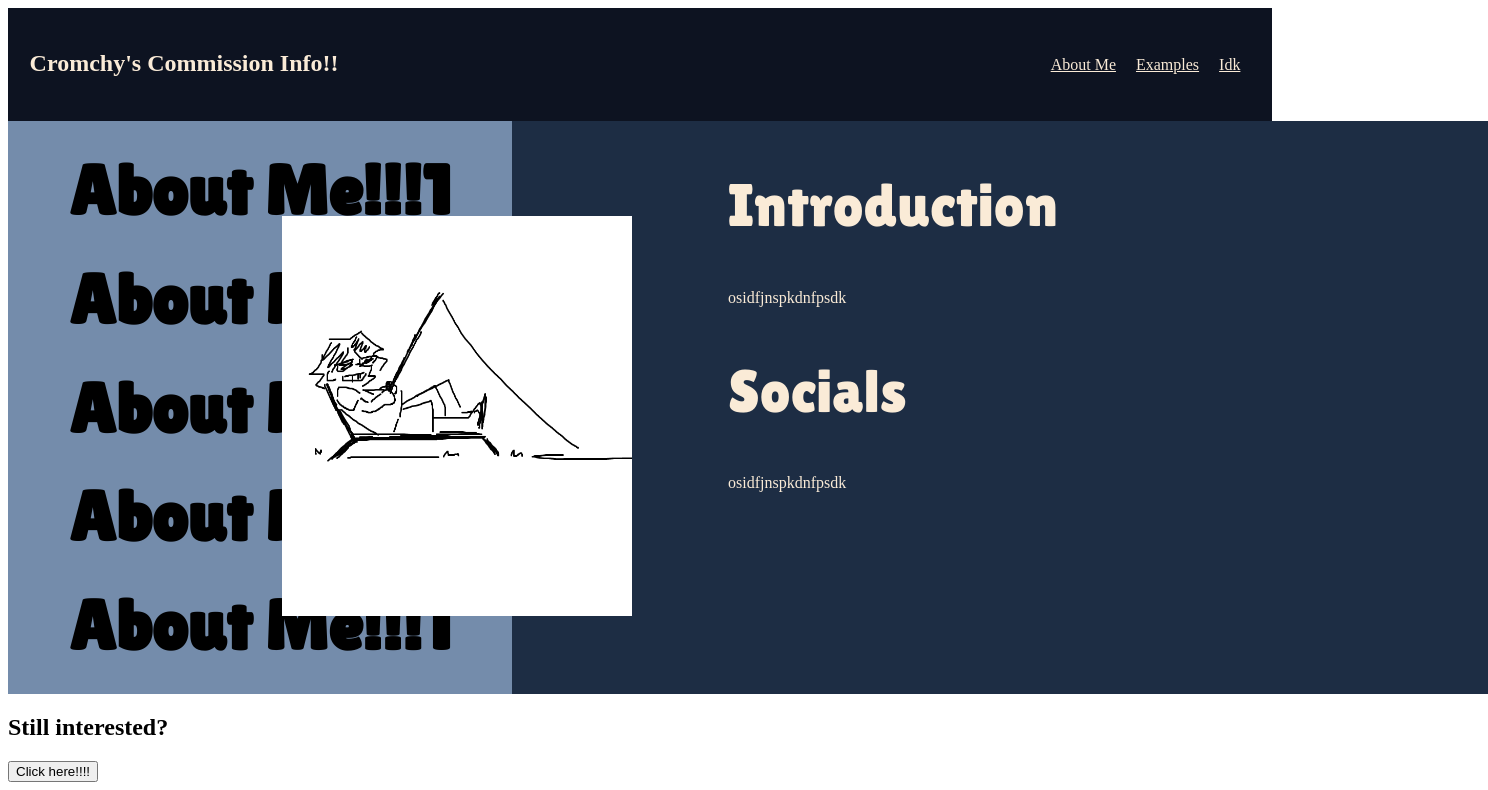
Repository: crackaLack1n/Cromchys_Commission_Site
Page: /
These files come from the project's save history. The page is drawn as it stood at one moment and after the next save; the edit follows.
The browser window is 1280 px wide. The page is 1488 px wide, so the pictures cover 1488 px, including what lies to the right of the window. The pictures show the whole page.
The project was rebuilt for these pictures with package versions that can differ from the ones it lists, and the page was loaded fresh each time. The framework's server and built-in components were replaced by stand-ins that run in the browser. Also part of the build but not shown: next.config.mjs.

Above is the page before, as saved 2024-06-11 15:13:12.

### pages/_app.js
import "@/styles/globals.css";
import { Lilita_One } from "next/font/google";


const lilita_One = Lilita_One({ weight: '400', subsets: ["latin"] });

export default function App({ Component, pageProps }) {
  return <Component {...pageProps} />;
}

### pages/index.js
import Head from "next/head";
import Header from "@/Components/Header";
import Image from "next/image";
import styles from "@/styles/Home.module.css";
import Footer from "@/Components/Footer";
import { Lilita_One } from "next/font/google";


const lilita_One = Lilita_One({ weight: '400', subsets: ["latin"] });



export default function Home() {
  return (
    <>
      <Head>
        <title>Cromchy's Commission</title>
        <meta name="description" content="Generated by create next app" />
        <meta name="viewport" content="width=device-width, initial-scale=1" />
        <link rel="icon" href="/favicon.ico" />
      </Head>

      <Header />

      <main className={`${styles.main}`}>
      <div >
          <Image src={'/images/banner2.png'} height={400} width={350} className={styles.image}></Image>
        </div>
        <div className={styles.mainContainer}>
          <div className={styles.containerLeft}>
            <div className={`${styles.contentLeft} ${lilita_One.className}`}>
              <p>About Me!!!1</p>
              <p>About Me!!!1</p>
              <p>About Me!!!1</p>
              <p>About Me!!!1</p>
              <p>About Me!!!1</p>
            </div>
          </div>
          <div className={styles.containerRight}>
            <div className={styles.contentRight}>
              <h2 className={`${styles.heading} ${lilita_One.className}`}>Introduction</h2>
              <p>osidfjnspkdnfpsdk</p>
              <h2  className={`${styles.heading} ${lilita_One.className}`}>Socials</h2>
              <p>osidfjnspkdnfpsdk</p>
            </div>
          </div>
        </div>
      </main>
      <Footer />
    </>
  );
}

### Components/Header/index.js
import Link from "next/link"
import style from './header.module.css';
export default function Header() {
  return (
    <>
      <div className={style.main}>
        <h2>Cromchy's Commission Info!!</h2>
        <nav className={style.nav}>
          <ul className={style.buttons}>
            <li><Link href={`/`}>About Me</Link></li>
            <li><Link href={`/Examples`}>Examples</Link></li>
            <li><Link href={`/Idk`}>Idk</Link></li>
          </ul>
        </nav>
      </div>
    </>
  )
}

### styles/Home.module.css
.main {
  display: flex;
  min-height: 20vh;
  background-color: #748CAB;
}

.mainContainer {
  position: relative;
 display: grid;
 grid-template-columns:  1fr 3fr;
 height: auto;

}

.containerLeft {
  display: flex;
  width: 70vh;
  justify-content: center;
}

.contentLeft p {
  font-size: 70px;
  font-weight: 600;
  margin: 4vh;
}
.containerRight {
  display: flex;
  padding-left: 30vh;
  background-color: #1D2D44;
  width: 100%;
  color: antiquewhite;
}

.heading {
  font-size: 60px;
}
.image {
  z-index: 1;
  top: 30%;
  left: 22%;
  position: absolute;
}
/* Mobile */
@media (max-width: 700px) {

}

/* Tablet and Smaller Desktop */
@media (min-width: 701px) and (max-width: 1120px) {

}

### Components/Footer/index.js
export default function Footer() {
  return(
    <>
    <footer>
      <h2>Still interested?</h2>
      <button>Click here!!!!</button>
    </footer>
    </>
  )
}

### Components/Header/header.module.css
.main {
  display: flex;
  justify-content: space-between;
  padding: 3vh;
  background-color: #0D1321;
  color: antiquewhite;
}


.nav {
justify-content: end;

}

.buttons {
  display: flex;

}

.buttons li {
  padding: 10px;
  list-style-type: none;
  color: antiquewhite;
}

.buttons a {
  color: antiquewhite;
}

Loaded but not shown: pages/_document.js (common file); styles/globals.css (common file)

After the next save:
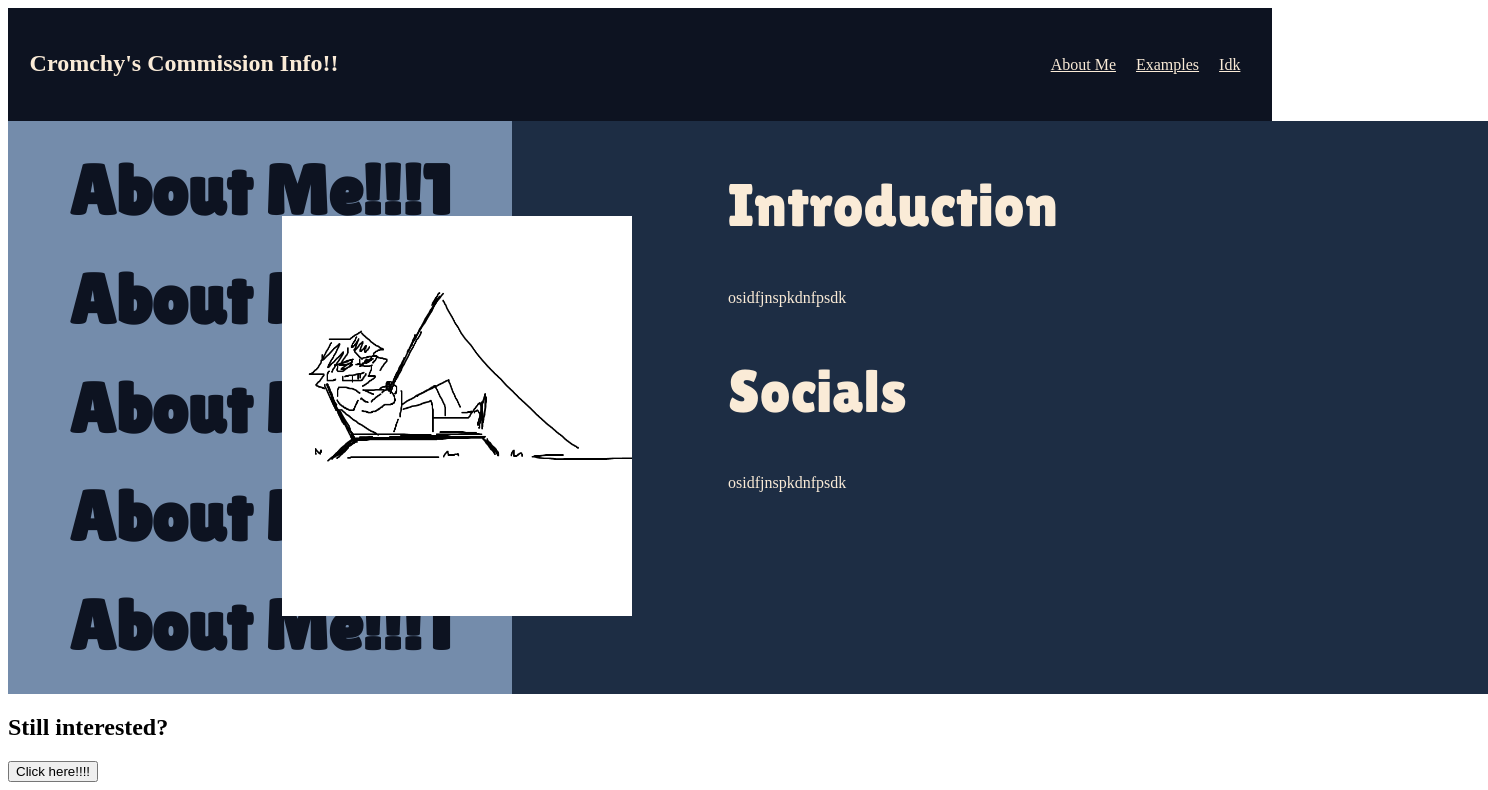
Saved 2 min 10 s later.
--- a/styles/Home.module.css
+++ b/styles/Home.module.css
@@ -22,6 +22,7 @@
   font-size: 70px;
   font-weight: 600;
   margin: 4vh;
+  color: #0D1321;
 }
 .containerRight {
   display: flex;
